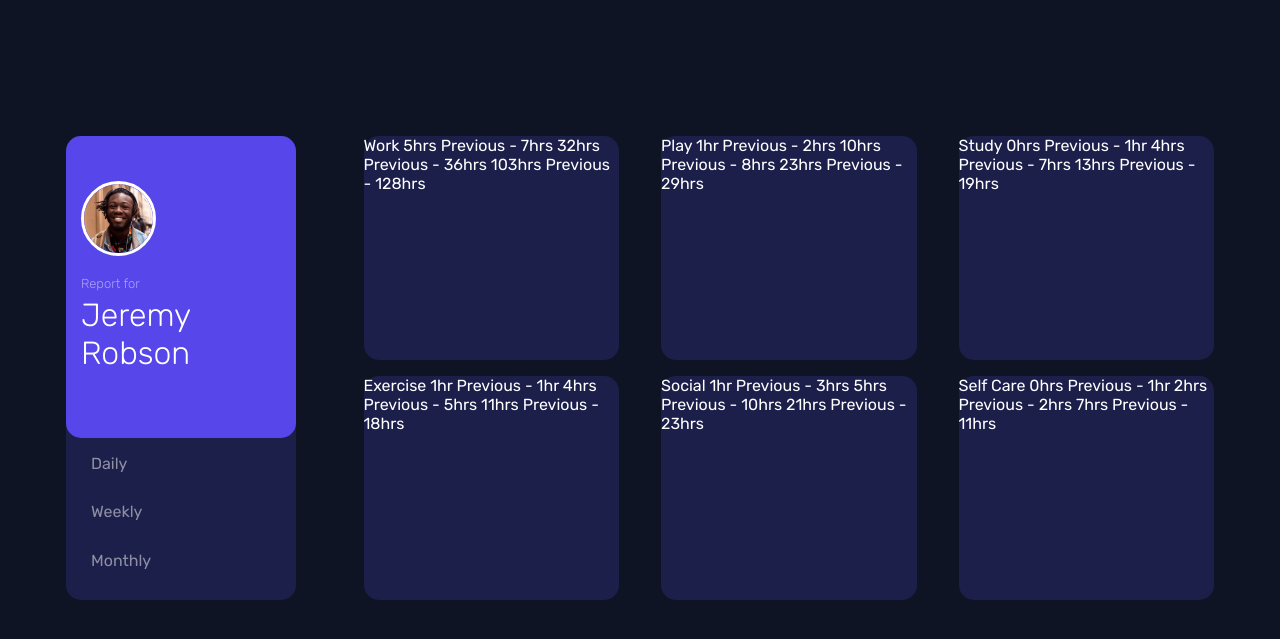
Repository: 3mr-5aled/time-tracking-dashboard-Junior
Page: index.html
These files come from the project's save history. The page is drawn as it stood at one moment and after the next save; the edit follows.
The browser window is 1280 px wide. The pictures show the whole page.

Above is the page before, as saved 2022-12-27 19:24:16.

### index.html
<!DOCTYPE html>
<html lang="en">
  <head>
    <meta charset="UTF-8" />
    <meta name="viewport" content="width=device-width, initial-scale=1.0" />
    <!-- displays site properly based on user's device -->

    <link
      rel="icon"
      type="image/png"
      sizes="32x32"
      href="./images/favicon-32x32.png"
    />
    <link rel="stylesheet" href="style.css" />

    <title>Frontend Mentor | Time tracking dashboard</title>

    <!-- Feel free to remove these styles or customise in your own stylesheet 👍 -->
    <style>
      .attribution {
        display: none;
        font-size: 11px;
        text-align: center;
      }
      .attribution a {
        color: hsl(228, 45%, 44%);
      }
    </style>
  </head>
  <body>
    <div class="main">
      <div class="user">
        <div class="userData">
          <img src="images/image-jeremy.png" alt="userFace" />
          <div class="userInfo">
            <p>Report for</p>
            <span>Jeremy Robson</span>
          </div>
        </div>
        <div class="filter">
          <button>Daily</button>
          <button>Weekly</button>
          <button>Monthly</button>
        </div>
      </div>
      <div class="work">
        Work 5hrs
        <!-- daily -->
        Previous - 7hrs
        <!-- daily -->
        32hrs
        <!-- weekly -->
        Previous - 36hrs
        <!-- weekly -->
        103hrs
        <!-- monthly -->
        Previous - 128hrs
        <!-- monthly -->
      </div>
      <div class="play">
        Play 1hr
        <!-- daily -->
        Previous - 2hrs
        <!-- daily -->
        10hrs
        <!-- weekly -->
        Previous - 8hrs
        <!-- weekly -->
        23hrs
        <!-- monthly -->
        Previous - 29hrs
        <!-- monthly -->
      </div>
      <div class="study">
        Study 0hrs
        <!-- daily -->
        Previous - 1hr
        <!-- daily -->
        4hrs
        <!-- weekly -->
        Previous - 7hrs
        <!-- weekly -->
        13hrs
        <!-- monthly -->
        Previous - 19hrs
        <!-- monthly -->
      </div>

      <div class="exercise">
        Exercise 1hr
        <!-- daily -->
        Previous - 1hr
        <!-- daily -->
        4hrs
        <!-- weekly -->
        Previous - 5hrs
        <!-- weekly -->
        11hrs
        <!-- monthly -->
        Previous - 18hrs
        <!-- monthly -->
      </div>

      <div class="social">
        Social 1hr
        <!-- daily -->
        Previous - 3hrs
        <!-- daily -->
        5hrs
        <!-- weekly -->
        Previous - 10hrs
        <!-- weekly -->
        21hrs
        <!-- monthly -->
        Previous - 23hrs
        <!-- monthly -->
      </div>
      <div class="selfCare">
        Self Care 0hrs
        <!-- daily -->
        Previous - 1hr
        <!-- daily -->
        2hrs
        <!-- weekly -->
        Previous - 2hrs
        <!-- weekly -->
        7hrs
        <!-- monthly -->
        Previous - 11hrs
        <!-- monthly -->
      </div>
    </div>
    <div class="attribution">
      Challenge by
      <a href="https://www.frontendmentor.io?ref=challenge" target="_blank"
        >Frontend Mentor</a
      >. Coded by <a href="#">3mr 5aled</a>.
    </div>
  </body>
</html>

### style.css
@import url("https://fonts.googleapis.com/css2?family=Rubik:wght@200;300;400;500&display=swap");

* {
  box-sizing: border-box;
  padding: 0;
  margin: 0;
  font-family: "Rubik", sans-serif;
}

:root {
  /* Primary colors */
  --blue: hsl(246, 80%, 60%);
  --light-red: hsl(15, 100%, 70%); /*(work)*/
  --soft-blue: hsl(195, 74%, 62%); /*(play)*/
  --light-red: hsl(348, 100%, 68%); /*(study)*/
  --lime-green: hsl(145, 58%, 55%); /*(exercise)*/
  --violet: hsl(264, 64%, 52%); /*(social)*/
  --soft-orange: hsl(43, 84%, 65%); /*(self care)*/

  /* Neutral colors */
  --very-dark-blue: hsl(226, 43%, 10%);
  --dark-blue: hsl(235, 46%, 20%);
  --light-purple: #5746ea;
  --desaturated-blue: hsl(235, 45%, 61%);
  --pale-blue: hsl(236, 100%, 87%);

  /* card font size */
  --fs-card: 18px;

  /* media quires */
  --mobile-view: 375px;
  --desktop-view: 1440px;
}

body {
  height: 100vh;
  padding: 50px;
  background-color: var(--very-dark-blue);
  color: white;
  display: flex;
  align-items: center;
  justify-content: center;
}

.main {
  display: grid;
  grid-template-columns: 1fr;
  grid-template-rows: repeat(7, 1fr);
  /* grid-row-gap: 10px; */
  grid-column-gap: 10px;
  grid-template-areas:
    "user"
    "work"
    "play"
    "study"
    "exercise"
    "social"
    "selfCare";
}
.user,
.work,
.play,
.study,
.exercise,
.social,
.selfCare {
  background: var(--dark-blue);
  border-radius: 15px;
  /* padding: 1rem; */
  margin-top: 1rem;
  margin-right: 1rem;
  margin-left: 1rem;
}
/* start user section */
.user {
  grid-area: user;
}
.userData {
  display: flex;
  flex-direction: row;
  align-items: center;
  justify-content: center;
  background: var(--light-purple);
  border-radius: 15px;
  padding: 15px;
}
img {
  border: 3px solid white;
  border-radius: 50%;
  height: 60px;
  width: 60px;
}
.userInfo {
  margin: 20px 0;
  /* margin-left: 15px; */
}
.userInfo p {
  font-weight: 300;
  color: rgba(255, 255, 255, 0.5);
  padding-bottom: 5px;
  font-size: small;
}
.userInfo span {
  font-weight: 200;
  font-size: x-large;
  /* line-break: anywhere; */
  /* font-size: xx-large; */
}

.filter {
  display: flex;
  flex-direction: row;
  align-items: center;
  justify-content: space-evenly;
  margin: 1rem 0;
}

.filter button {
  background: transparent;
  border: none;
  font-size: medium;
  color: rgba(255, 255, 255, 0.5);
}
.filter button:hover {
  color: white;
}
/* end user section */

.work {
  grid-area: work;
}
.play {
  grid-area: play;
}
.study {
  grid-area: study;
}
.exercise {
  grid-area: exercise;
}
.social {
  grid-area: social;
}
.selfCare {
  grid-area: selfCare;
}

@media screen and (min-width: 375px) {
  .main {
    grid-template-columns: repeat(4, 1fr);
    grid-template-rows: repeat(2, 1fr);
    grid-template-areas:
      "user work play study"
      "user exercise social selfCare";
    height: calc(100vh / 1.5);
  }
  .user {
    max-width: calc(100vh / 4 + 50px);
  }
  img {
    width: 75px;
    height: 75px;
  }
  .userData {
    flex-direction: column;
    align-items: flex-start;
    justify-content: center;
    height: 65%;
  }
  .userInfo span {
    word-wrap: break-word;
    /* white-space: warp; */
    font-size: 2em;
  }
  .filter {
    margin-left: 25px;
    height: 25%;
    gap: 15px;
    align-items: flex-start;
    justify-content: space-between;
    flex-direction: column;
  }
}

After the next save:
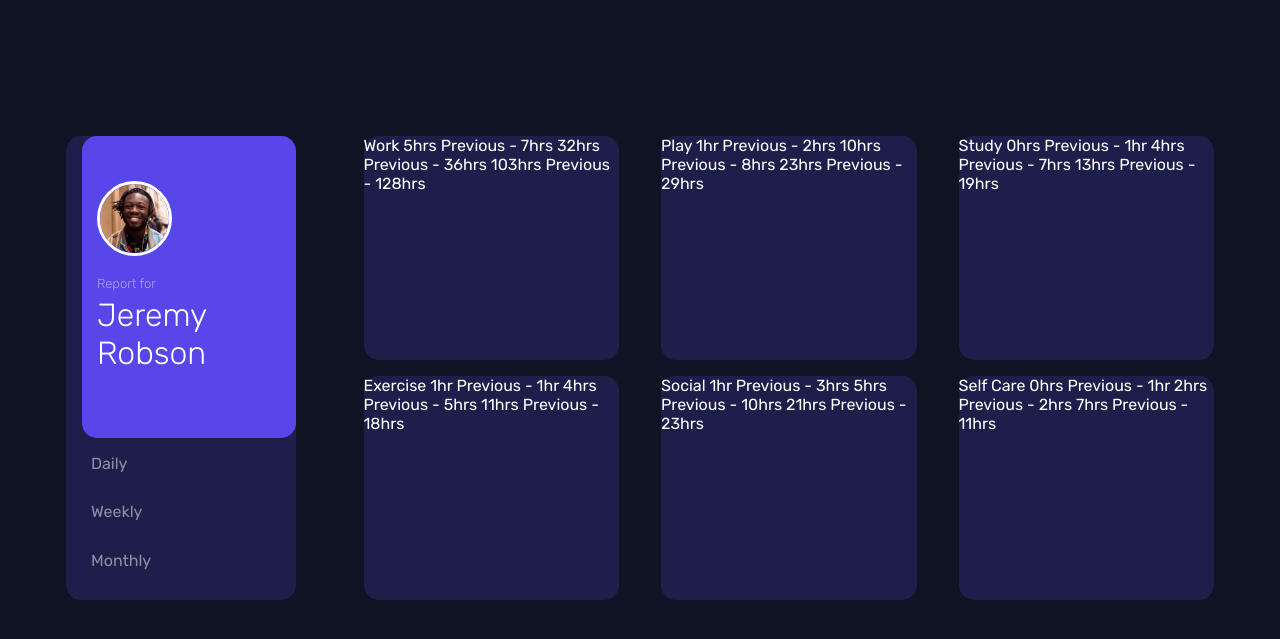
Saved 17 s later.
--- a/style.css
+++ b/style.css
@@ -166,6 +166,7 @@ img {
     align-items: flex-start;
     justify-content: center;
     height: 65%;
+    margin-left: 1rem;
   }
   .userInfo span {
     word-wrap: break-word;
